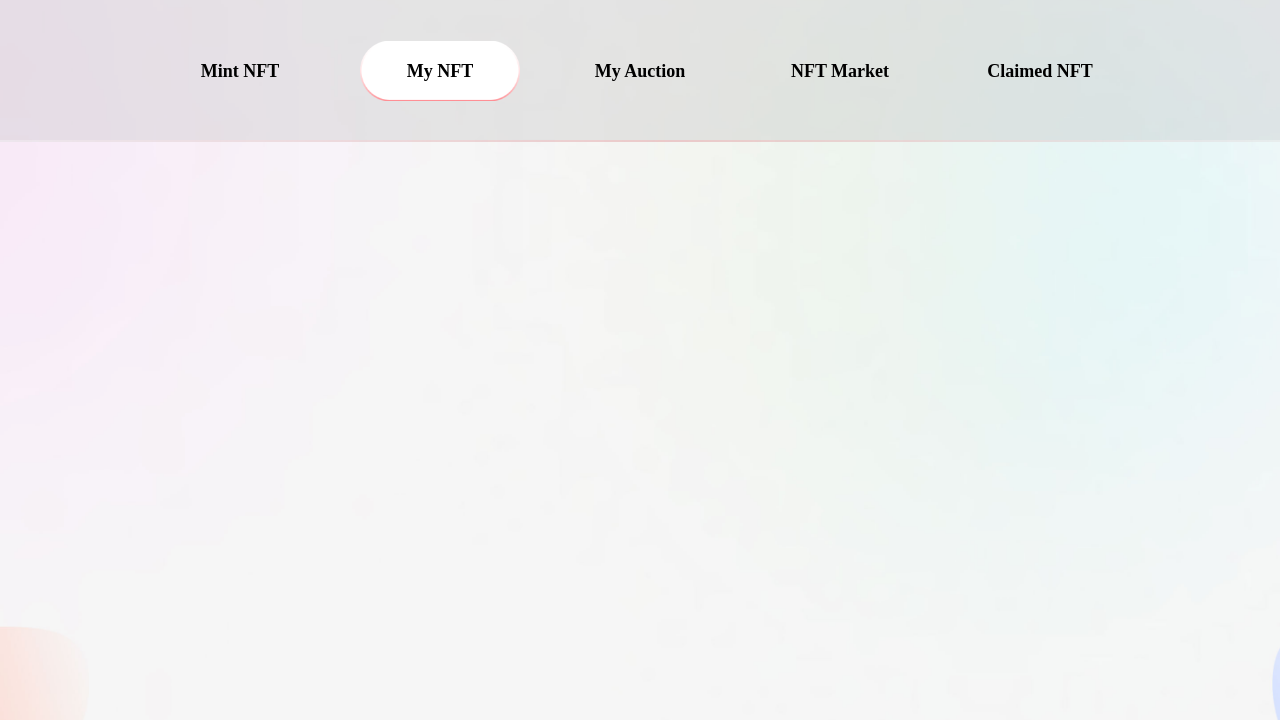
Repository: TomLei99/EnglishAuction-Resit
Page: index.html
An editor plug-in stored every save of this project. The page is shown before and after the next save, followed by the edit.
The browser window is 1280 px wide. The page is 1280 px wide, then 1282 px, so the pictures cover 1282 px, including what lies to the right of the window. The pictures show the whole page.
The style sheet was rebuilt from its Sass, Less or Tailwind sources for each picture, by a compiler version that may differ from the author's.

Above is the page before, as saved 2023-08-05 16:44:42.

### index.html
<script>var $pageInfo = { publishmentSystemID: 1, channelID: 1, contentID: 0, siteUrl: "", homeUrl: "/home", currentUrl: "/", rootUrl: "", apiUrl: "/api" };</script>
<!DOCTYPE html
  PUBLIC "-//W3C//DTD XHTML 1.0 Transitional//EN" "http://www.w3.org/TR/xhtml1/DTD/xhtml1-transitional.dtd">
<html xmlns="http://www.w3.org/1999/xhtml">

<head>
  <meta http-equiv="Content-Type" content="text/html; charset=utf-8" />
  <title>手机端框架</title>
  <link href="css/style.css" rel="stylesheet" type="text/css" />
  <script type="text/javascript" src="js/jquery-1.9.1.min.js"></script>

<body class="bg-box">
  <!-- 导航 -->
  <div class="nav-box">
    <div class="nav">
      Mint NFT
    </div>
    <div class="nav nav-cur">
      My NFT
    </div>
    <div class="nav">
      My Auction
    </div>
    <div class="nav">
      NFT Market
    </div>
    <div class="nav">
      Claimed NFT
    </div>
  </div>

  <!-- 页面 -->
  <div class="content-box">
    <!-- 内容列表 -->
    <div class="item-box">

    </div>
  </div>



  <script type="text/javascript" src="js/index.js"></script>
</body>

</html>

### css/style.scss
/*reset-start*/
@charset "utf-8";

html {
    overflow-x: hidden;
    font-size: 14px;
}

body,
div,
dl,
dt,
dd,
ul,
ol,
li,
h1,
h2,
h3,
h4,
h5,
h6,
pre,
code,
form,
fieldset,
legend,
input,
button,
textarea,
p,
blockquote,
th,
td {
    margin: 0;
    padding: 0;
}

table {
    border-collapse: collapse;
    border-spacing: 0;
}

body {
    margin: 0 auto;
}

fieldset,
img {
    border: 0;
}

address,
caption,
cite,
code,
dfn,
em,
strong,
th,
var,
optgroup {
    font-style: inherit;
    font-weight: inherit;
}

del,
ins {
    text-decoration: none;
}

li {
    list-style: none;
}

caption,
th {
    text-align: left;
}

q:before,
q:after {
    content: '';
}

abbr,
acronym {
    border: 0;
    font-variant: normal;
}

input,
button,
textarea,
select,
optgroup,
option {
    font-size: inherit;
    font-style: inherit;
    font-weight: inherit;
}

input,
button,
textarea,
select {
    font-size: 100%;
}

input,
select {
    vertical-align: middle;
}

body {
    font: 12px/1.231;
}

select,
input,
button,
textarea,
button {
    font: 99%;
}

table {
    font-size: inherit;
    font: 100%;
    border-collapse: collapse;
}

pre,
code,
kbd,
samp,
tt {
    font-size: 108%;
    line-height: 100%;
}

/*title*/
h1 {
    font-size: 32px;
}

h2 {
    font-size: 26px;
}

h3 {
    font-size: 20px;
}

h4 {
    font-size: 14px;
}

h5 {
    font-size: 12px;
}

h6 {
    font-size: 10px;
}

a {
    color: #666;
    text-decoration: none;
}

/*for ie f6n.net*/
a:focus {
    outline: 0;
}

/*for ff f6n.net*/
a:hover {
    text-decoration: none;
}

p {
    text-align: justify;
    text-justify: inter-ideograph;
    white-space: normal;
}

.vam {
    vertical-align: middle;
}

.clear {
    clear: both;
    height: 0;
    line-height: 0;
    font-size: 0;
    overflow: hidden;
}

.tr {
    text-align: right;
}

.tl {
    text-align: left;
}

.pr {
    position: relative;
}

.pa {
    position: absolute;
}

.center {
    text-align: center;
}

.fl {
    float: left;
}

.fr {
    float: right;
}

.ys3 {
    opacity: 0.3;
}

.ys5 {
    opacity: 0.5;
}

.fz30 {
    font-size: 3.0vw;
}

/*英文小标题24px*/
.fz35 {
    font-size: 3.5vw;
}

/*正文字体28px*/
.fz37 {
    font-size: 3.75vw;
}

/*小标题30px*/
.fz75 {
    font-size: 7.5vw;
}

/*大标题60px*/

.t1s {
    -webkit-transition: all 1s;
    -moz-transition: all 1s;
    -o-transition: all 1s;
    transition: all 1s;
}

.tt {
    -webkit-transition: all 1s;
    -moz-transition: all 1s;
    -o-transition: all 1s;
    transition: all 1s;
}

.tt img {
    -webkit-transition: all 1s;
    -moz-transition: all 1s;
    -o-transition: all 1s;
    transition: all 1s;
}

.yy img {
    -moz-box-shadow: 0px 0px 20px 1px #8c8883;
    box-shadow: 0px 0px 20px 1px #8c8883;
}

/*页面内容*/
.bg-box {
    width: 100%;
    min-height: 100vh;
    background: url(../images/content-bg.jpg) no-repeat center center;
    background-size: cover;
}

/*居中内容*/
.center-box {
    width: 1434px;
    margin: 0 auto;
}


/* 导航 */
.nav-box {
    width: 100%;
    height: 142px;
    display: flex;
    justify-content: center;
    align-items: center;
    background: url(../images/nav-bg-hx.png) no-repeat center bottom #BCBCBC50;
    background-size: 100% 2px;

    .nav {
        width: 160px;
        height: 60px;
        font-size: 18px;
        font-weight: 600;
        color: #000000;
        display: flex;
        justify-content: center;
        align-items: center;
        margin: 0 20px;
        cursor: pointer;
    }

    .nav-cur {
        background: url(../images/nav-bg.png) no-repeat center center;
        background-size: 100%;
    }

    .nav:hover {
        background: url(../images/nav-bg.png) no-repeat center center;
        background-size: 100%;
    }
}


/* 页面布局 */
.content-box {
    .item-box {
        display: flex;
        justify-content: space-between;
        align-items: center;
    }
}

Loaded but not shown: js/jquery-1.9.1.min.js (library); js/index.js (no stored copy; drawn as an empty file)

After the next save:
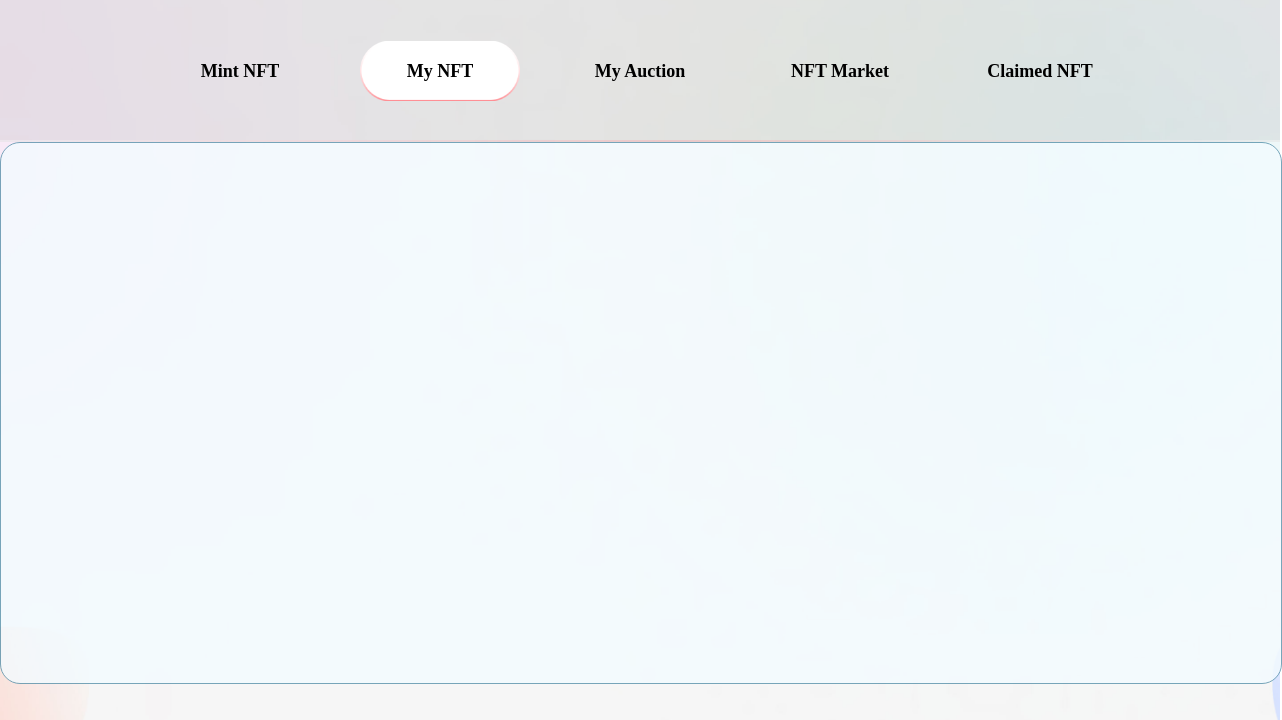
Saved 12 s later.
--- a/css/style.scss
+++ b/css/style.scss
@@ -336,5 +336,11 @@
         display: flex;
         justify-content: space-between;
         align-items: center;
+        width: 100%;
+        height: 540px;
+        background: #F3FBFF;
+        border-radius: 20px 20px 20px 20px;
+        opacity: 0.8;
+        border: 1px solid #5791AA;
     }
 }
